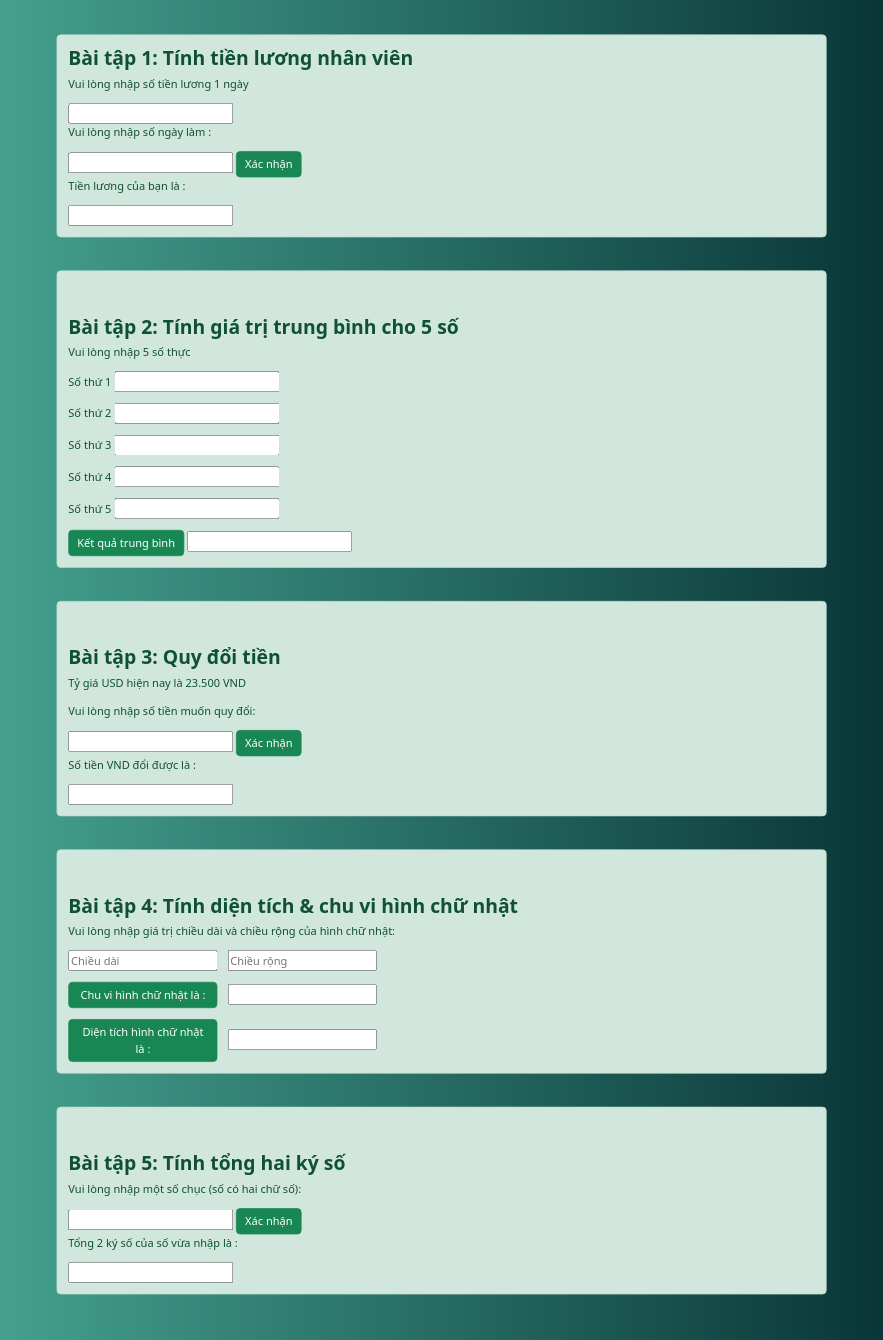
Repository: hcozyph/TranHuuPhuoc_BC43_BT_JS_Buoi2
Page: index.html
These files come from the project's save history. The page is drawn as it stood at one moment and after the next save; the edit follows.
The browser window is 1280 px wide. The pictures show the whole page, at 69% of full size.

Above is the page before, as saved 2023-02-03 21:09:34.

### index.html
<!DOCTYPE html>
<html lang="en">
    <head>
        <title>BT JS - Buoi 1</title>
        <!-- Required meta tags -->
        <meta charset="utf-8" />
        <meta
            name="viewport"
            content="width=device-width, initial-scale=1, shrink-to-fit=no"
        />

        <!-- font-family -->
        <link
            href="//fonts.googleapis.com/css2?family=Pacifico&amp;display=swap"
            rel="stylesheet"
        />
        <link
            href="//fonts.googleapis.com/css2?family=Quicksand:wght@300;400;500;600;700&amp;display=swap"
            rel="stylesheet"
        />

        <!-- Bootstrap CSS v5.2.1 -->
        <link
            href="https://cdn.jsdelivr.net/npm/bootstrap@5.2.1/dist/css/bootstrap.min.css"
            rel="stylesheet"
            integrity="sha384-iYQeCzEYFbKjA/T2uDLTpkwGzCiq6soy8tYaI1GyVh/UjpbCx/TYkiZhlZB6+fzT"
            crossorigin="anonymous"
        />

        <!-- FontAwesome 6.2.0 CSS -->
        <link
            rel="stylesheet"
            href="https://cdnjs.cloudflare.com/ajax/libs/font-awesome/6.2.0/css/all.min.css"
            integrity="sha512-xh6O/CkQoPOWDdYTDqeRdPCVd1SpvCA9XXcUnZS2FmJNp1coAFzvtCN9BmamE+4aHK8yyUHUSCcJHgXloTyT2A=="
            crossorigin="anonymous"
            referrerpolicy="no-referrer"
        />

        <!-- index.css -->
        <link rel="stylesheet" href="./style/index.css" />
    </head>

    <body>
        <div class="btvn">
            <!-- BT1 -->
            <div class="container">
                <!-- BT-1 -->
                <div class="BT1 alert alert-success">
                    <h1 class="fs-3 fw-bold">
                        Bài tập 1: Tính tiền lương nhân viên
                    </h1>

                    <!-- <div class="col-4"> -->
                    <p>Vui lòng nhập số tiền lương 1 ngày</p>

                    <input type="text" id="luongMotNgay" />
                    <!-- </div> -->

                    <p>Vui lòng nhập số ngày làm :</p>
                    <input type="number" id="soNgayLam" />
                    <button
                        class="btn btn-success"
                        id="btnXacNhan"
                        onclick="inputSoNgayLam()"
                    >
                        Xác nhận
                    </button>
                    <p>Tiền lương của bạn là :</p>
                    <input type="text" id="result" />
                </div>

                <!-- BT2 -->
                <div class="BT2 alert alert-success mt-5">
                    <h1 class="fs-3 mt-5 fw-bold">
                        Bài tập 2: Tính giá trị trung bình cho 5 số
                    </h1>
                    <p>Vui lòng nhập 5 số thực</p>

                    <p>Số thứ 1 <input type="number" id="n1" /></p>
                    <p>Số thứ 2 <input type="number" id="n2" /></p>
                    <p>Số thứ 3 <input type="number" id="n3" /></p>
                    <p>Số thứ 4 <input type="number" id="n4" /></p>
                    <p>Số thứ 5 <input type="number" id="n5" /></p>

                    <button
                        class="btn btn-success"
                        id="btnAverage"
                        onclick="average()"
                    >
                        Kết quả trung bình
                    </button>
                    <input type="text" id="average" />
                </div>

                <!-- BT3 -->
                <div class="BT3 alert alert-success mt-5">
                    <h1 class="fs-3 mt-5 fw-bold">Bài tập 3: Quy đổi tiền</h1>
                    <p>Tỷ giá USD hiện nay là 23.500 VND</p>
                    <p>Vui lòng nhập số tiền muốn quy đổi:</p>

                    <input type="number" id="inputUsd" />
                    <button
                        class="btn btn-success"
                        id="btnTradeMoney"
                        onclick="tradeMoney ()"
                    >
                        Xác nhận
                    </button>

                    <p>Số tiền VND đổi được là :</p>
                    <input type="text" id="tradeMoney" />
                </div>

                <!-- BT4 -->
                <div class="BT4 alert alert-success mt-5">
                    <h1 class="fs-3 mt-5 fw-bold">
                        Bài tập 4: Tính diện tích & chu vi hình chữ nhật
                    </h1>
                    <p>
                        Vui lòng nhập giá trị chiều dài và chiều rộng của hình
                        chữ nhật:
                    </p>

                    <input type="number" id="length" placeholder="Chiều dài" />
                    <input
                        style="margin-left: 10px"
                        type="number"
                        id="width"
                        placeholder="Chiều rộng"
                    />

                    <div class="chuVi mt-3">
                        <button class="btn btn-success" onclick="chuVi()">
                            Chu vi hình chữ nhật là :
                        </button>
                        <input type="number" id="chuVi" id="ketQua" />
                    </div>

                    <div class="dienTich mt-3">
                        <button class="btn btn-success" onclick="dienTich()">
                            Diện tích hình chữ nhật là :
                        </button>
                        <input type="number" id="dienTich" />
                    </div>
                </div>

                <!-- BT5 -->
                <div class="BT5 alert alert-success mt-5">
                    <h1 class="fs-3 mt-5 fw-bold">
                        Bài tập 5: Tính tổng hai ký số
                    </h1>
                    <p>Vui lòng nhập một số chục (số có hai chữ số):</p>
                    <input type="number" id="inputSoChuc" />
                    <button class="btn btn-success" onclick="tong2KySo()">
                        Xác nhận
                    </button>
                    <p>Tổng 2 ký số của số vừa nhập là :</p>
                    <input type="number" id="tong2KySo" />
                </div>
            </div>
        </div>

        <!-- Bootstrap JavaScript Libraries -->
        <script
            src="https://cdn.jsdelivr.net/npm/@popperjs/core@2.11.6/dist/umd/popper.min.js"
            integrity="sha384-oBqDVmMz9ATKxIep9tiCxS/Z9fNfEXiDAYTujMAeBAsjFuCZSmKbSSUnQlmh/jp3"
            crossorigin="anonymous"
        ></script>

        <script
            src="https://cdn.jsdelivr.net/npm/bootstrap@5.2.1/dist/js/bootstrap.min.js"
            integrity="sha384-7VPbUDkoPSGFnVtYi0QogXtr74QeVeeIs99Qfg5YCF+TidwNdjvaKZX19NZ/e6oz"
            crossorigin="anonymous"
        ></script>

        <!-- js customize -->
        <script src="./index.js"></script>
    </body>
</html>

### style/index.css
.btvn {
    background: linear-gradient(to right, rgb(68, 160, 141), rgb(9, 54, 55));
    background-repeat: no-repeat;
    background-size: cover;
    margin: 0 auto;
    padding: 50px;
}

.BT4 input {
    width: 20%;
}
.chuVi button,
.chuVi input {
    width: 20%;
    margin-right: 10px;
}

.dienTich button,
.dienTich input {
    width: 20%;
    margin-right: 10px;
}

### index.js
//BT1: Tính tiền lương nhân viên
function inputSoNgayLam () {
    //input:
    var soNgayLam = document.getElementById('soNgayLam').value;
    var luongMotNgay = document.getElementById('luongMotNgay').value;

    //output:
    var result = 0;

    //progress
    var result = parseInt(soNgayLam) * parseInt(luongMotNgay);

    document.getElementById('result').value = result.toLocaleString() + ' VND';
}

//BT2: Tính trung bình cộng 5 số
function average () {
    //input:
    var n1 = document.getElementById('n1').value;
    var n2 = document.getElementById('n2').value;
    var n3 = document.getElementById('n3').value;
    var n4 = document.getElementById('n4').value;
    var n5 = document.getElementById('n5').value;
    //output:
    var average = 0;
    const soLuongInput = 5;

    //progress
    var sum = parseFloat(n1) + parseFloat(n2) + parseFloat(n3) + parseFloat(n4) + parseFloat(n5);

    var average =  sum / parseFloat(soLuongInput) ;

    document.getElementById('average').value = average;
}

//BT3: Quy đổi tiền
function tradeMoney () {
    //input
    var inputUsd = document.getElementById('inputUsd').value;
    const tyGia = 23500;

    //output
    var tradeMoney = 0;

    //progress
    var tradeMoney = parseInt(inputUsd) * parseInt(tyGia);
    document.getElementById('tradeMoney').value = tradeMoney.toLocaleString() + ' VND';
}

//BT4: Tính chu vi & diện tích hình chữ nhật
function chuVi () {
    // input
    var length = document.getElementById('length').value;
    var width = document.getElementById('width').value;

    //output
    var chuVi = ( parseInt(length) + parseInt(width) ) * 2;

    //progress
    document.getElementById('chuVi').value = chuVi.toLocaleString();
}


function dienTich () {
    // input
    var length = document.getElementById('length').value;
    var width = document.getElementById('width').value;

    //output
    var dienTich = parseInt(length) * parseInt(width) ;

    //progress
    document.getElementById('dienTich').value = dienTich.toLocaleString();
}


//BT5: Tính tổng hai ký số
function tong2KySo () {
    //input
    var inputSoChuc = document.getElementById('inputSoChuc').value;
    var hangChuc = 0;
    var hangDonVi = 0;

    //output
    var tong2KySo = 0;

    //progress
    var hangChuc = Math.floor(Number(inputSoChuc)/10)
    var hangDonVi = Math.floor(Number(inputSoChuc)%10)
    var tong2KySo = parseInt(hangChuc) + parseInt(hangDonVi);

    document.getElementById('tong2KySo').value = tong2KySo;
}
/*
Link vercel:
https://tran-huu-phuoc-bc-43-bt-js-buoi1.vercel.app/
*/

After the next save:
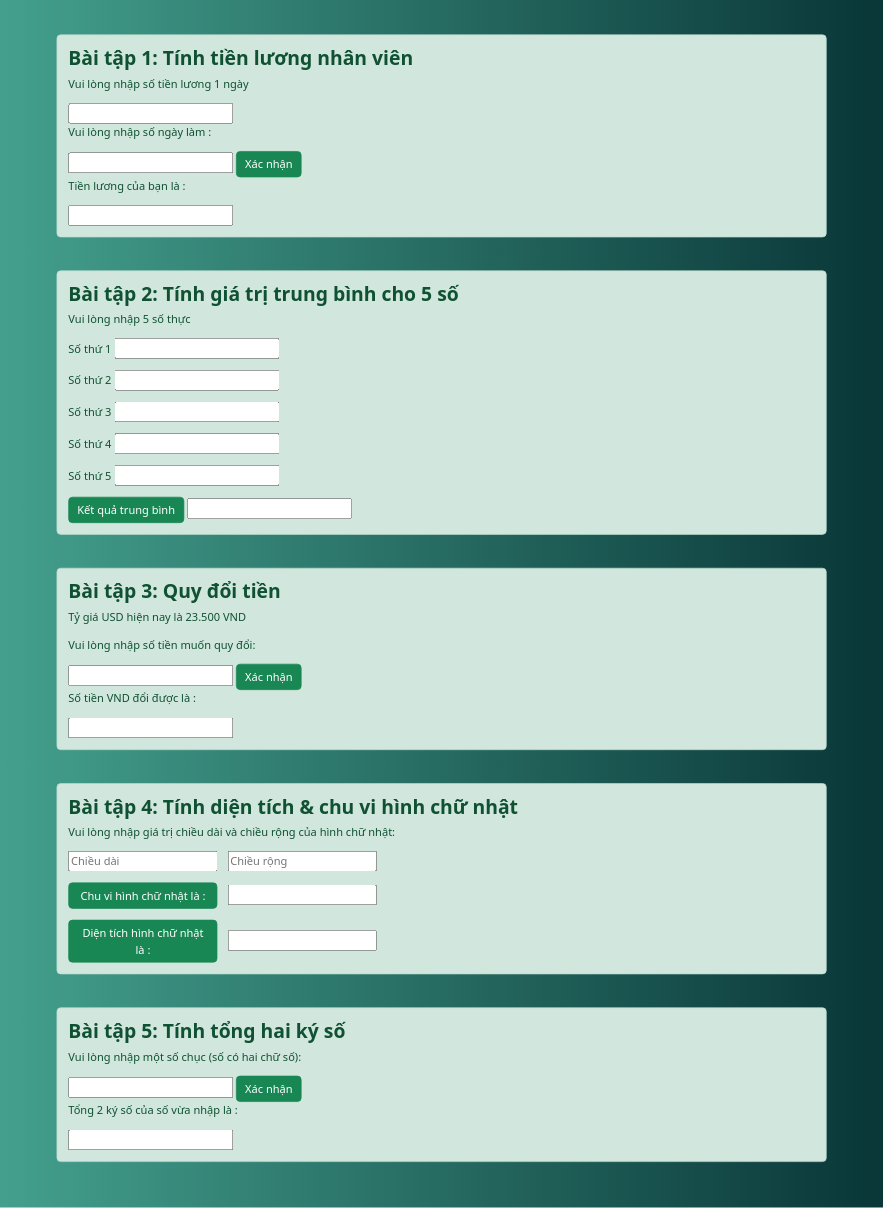
Saved 77 s later.
--- a/index.html
+++ b/index.html
@@ -71,7 +71,7 @@
 
                 <!-- BT2 -->
                 <div class="BT2 alert alert-success mt-5">
-                    <h1 class="fs-3 mt-5 fw-bold">
+                    <h1 class="fs-3 fw-bold">
                         Bài tập 2: Tính giá trị trung bình cho 5 số
                     </h1>
                     <p>Vui lòng nhập 5 số thực</p>
@@ -94,7 +94,7 @@
 
                 <!-- BT3 -->
                 <div class="BT3 alert alert-success mt-5">
-                    <h1 class="fs-3 mt-5 fw-bold">Bài tập 3: Quy đổi tiền</h1>
+                    <h1 class="fs-3 fw-bold">Bài tập 3: Quy đổi tiền</h1>
                     <p>Tỷ giá USD hiện nay là 23.500 VND</p>
                     <p>Vui lòng nhập số tiền muốn quy đổi:</p>
 
@@ -113,7 +113,7 @@
 
                 <!-- BT4 -->
                 <div class="BT4 alert alert-success mt-5">
-                    <h1 class="fs-3 mt-5 fw-bold">
+                    <h1 class="fs-3 fw-bold">
                         Bài tập 4: Tính diện tích & chu vi hình chữ nhật
                     </h1>
                     <p>
@@ -146,9 +146,7 @@
 
                 <!-- BT5 -->
                 <div class="BT5 alert alert-success mt-5">
-                    <h1 class="fs-3 mt-5 fw-bold">
-                        Bài tập 5: Tính tổng hai ký số
-                    </h1>
+                    <h1 class="fs-3 fw-bold">Bài tập 5: Tính tổng hai ký số</h1>
                     <p>Vui lòng nhập một số chục (số có hai chữ số):</p>
                     <input type="number" id="inputSoChuc" />
                     <button class="btn btn-success" onclick="tong2KySo()">
